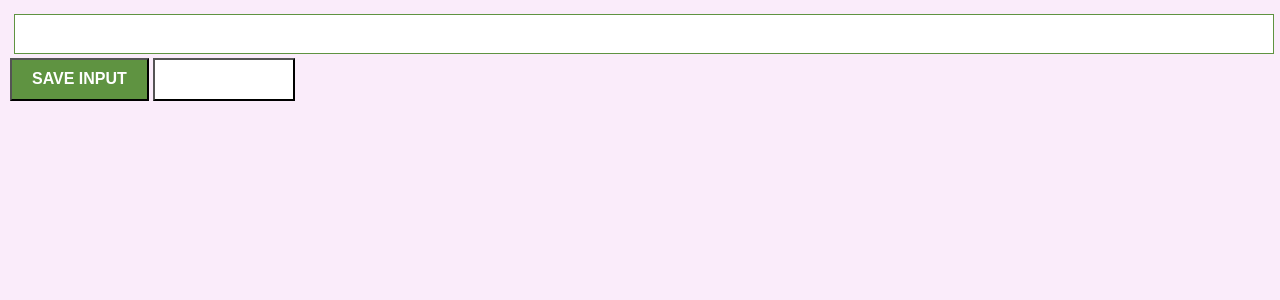
Repository: jt010051/chromeExtension
Page: index.html
An editor plug-in stored every save of this project. The page is shown before and after the next save, followed by the edit.
The browser window is 1280 px wide. The pictures show the whole page.

Above is the page before, as saved 2022-02-28 07:35:36.

After the next save:
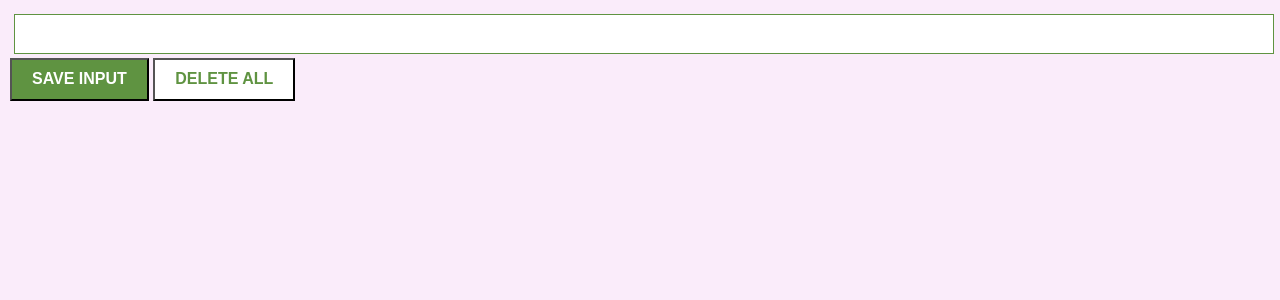
Saved 20 s later.
--- a/index.css
+++ b/index.css
@@ -30,6 +30,7 @@ padding:10px 20px;
 }
 #delete-btn{
 background-color: white;
+color: 5f9341;
 }
 ul {
  list-style: none;
